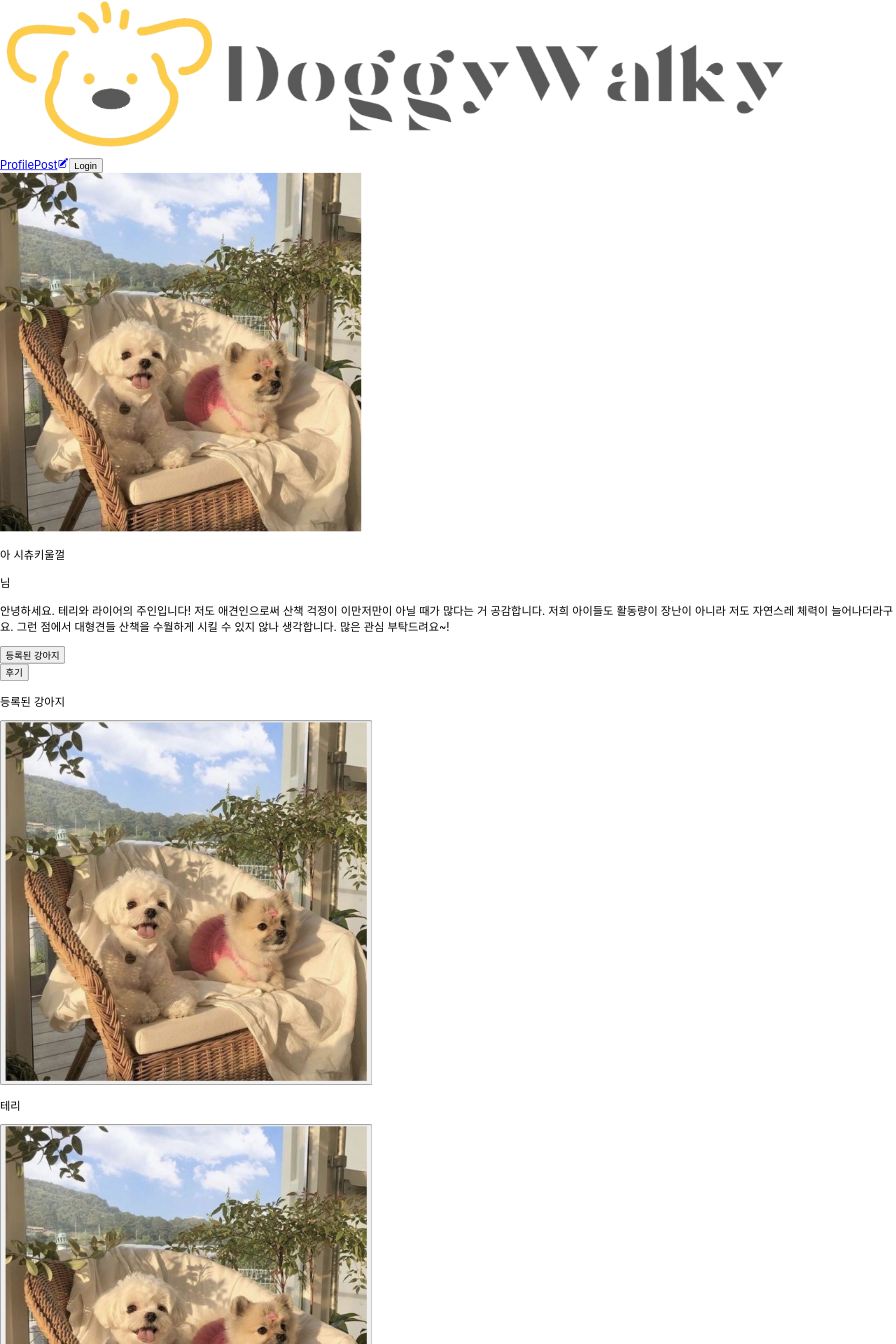
Repository: DoggyWalky/DoggyWalkyFront
Page: /Profile
An editor plug-in stored every save of this project. The page is shown before and after the next save, followed by the edit.
The browser window is 1280 px wide. The pictures show the part of the page from y = 0 to 1920 px (the page is 8316 px tall before and 8336 px after), at 70% of full size.
The project was rebuilt for these pictures with package versions that can differ from the ones it lists, and the page was loaded fresh each time. Also part of the build but not shown: webpack.config.js, src/pages/NotFound.jsx, src/hooks/useScrollFadeIn.jsx, src/hooks/useScrollClipPath.jsx, src/hooks/useScrollCount.jsx, src/components/Introduce.jsx, src/components/Banner.jsx, src/pages/Home.jsx and 14 more.

Above is the page before, as saved 2024-03-01 03:05:09.

After the next save:
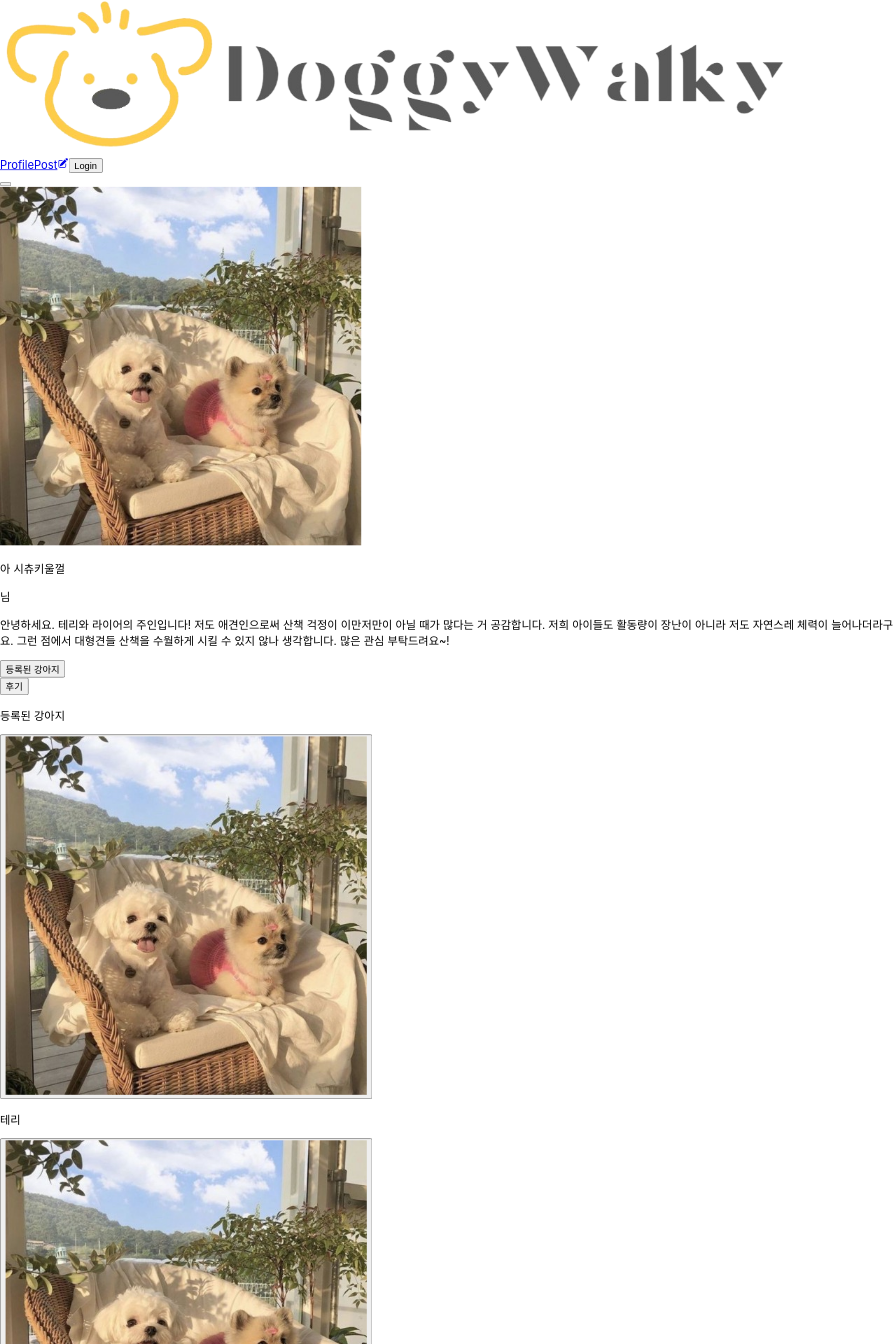
Saved 2 min 14 s later.
--- a/src/components/MemberProfile.jsx
+++ b/src/components/MemberProfile.jsx
@@ -1,5 +1,6 @@
 import React from 'react';
 import Petcard from './Petcard';
+import Button from './ui/Button';
 
 const scrollToSection = (id) => {
   const element = document.getElementById(id);
@@ -11,6 +12,7 @@ const scrollToSection = (id) => {
 export default function MemberProfile() {
   return (
     <div>
+      <Button />
       <div className=' p-4 pt-3 mb-16 items-center  bg-slate-200 shadow-2xl  rounded-3xl'>
         <div className='mx-auto '>
           <img
@@ -22,6 +24,7 @@ export default function MemberProfile() {
         <div className='  text-center   text-lg  p-4 mb-7'>
           <div className='flex items-baseline justify-center'>
             <p className='text-2xl font-extrabold mb-5'>아 시츄키울껄</p>
+            {/* nickname */}
             <p className='font-bold'>님</p>
           </div>
           <p>
@@ -31,6 +34,7 @@ export default function MemberProfile() {
             점에서 대형견들 산책을 수월하게 시킬 수 있지 않나 생각합니다. 많은
             관심 부탁드려요~!
           </p>
+          {/* description */}
         </div>
       </div>
 
@@ -68,3 +72,13 @@ export default function MemberProfile() {
     </div>
   );
 }
+//
+// api에 memberId /nickname / description 받아와서
+// {
+//   "memberId": 24,
+//   "nickName": "김강욱",
+//   "description": "기본 자기 소개글을 작성해주시기 바랍니다.",
+//   "createdAt": "2024-02-22 20:33:10",
+//   "updatedAt": "2024-02-22 20:33:10",
+//   "profileImage": "https://doggywalky-bucket.s3.ap-northeast-2.amazonaws.com/basic_user_image.jpg"
+// }
